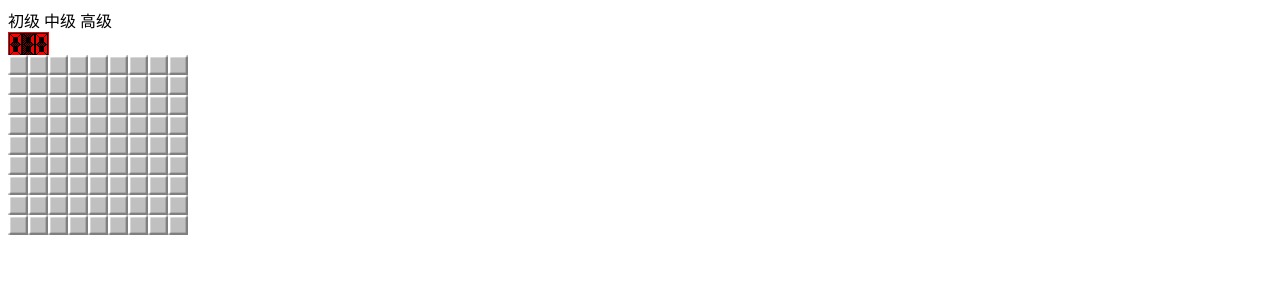
Repository: vLinv/MineSweeper
Page: index.html
The author's editor kept a copy of each file at every save. The page is drawn from the files as they stood at one save, then again after the next save.
The browser window is 1280 px wide. The pictures show the whole page.

Above is the page before, as saved 2022-02-18 11:48:35.

### index.html
<!DOCTYPE html>
<html lang="en">

<head>
  <meta charset="UTF-8">
  <meta http-equiv="X-UA-Compatible" content="IE=edge">
  <meta name="viewport" content="width=device-width, initial-scale=1.0">
  <title>MineSweeper</title>
</head>

<body>
  <div class="level_select">
    <span onclick="changeLevel('primary')">初级</span>
    <span onclick="changeLevel('intermediate')">中级</span>
    <span onclick="changeLevel('advanced')">高级</span>
  </div>
  <div class="game_wrap">
    <div class="header_wrap">
      <canvas id="mineNumCanvas" width="39" height="23" style="border: 1px solid red;"></canvas>
      <div class="face_btn"></div>
      <canvas id="timeCanvas" width="39" height="23"></canvas>
    </div>
    <div class="section_wrap">
      <canvas id="canvas" width="180" height="180"></canvas>
    </div>
  </div>
  <style>
    .header_wrap{
      width: 180px;
      height: 23px;
    }
    #mineNumCanvas, #timeCanvas{
      display: inline-block;
    }

  </style>
  <script>
    /** @type {HTMLCanvasElement} */
    // 游戏canvas
    const canvasNode = document.getElementById('canvas')
    const ctx = canvasNode.getContext('2d')
    // mineNum与timer Canvas
    const mineNumNode = document.getElementById('mineNumCanvas')
    const timerNode = document.getElementById('timeCanvas')
    const mineNumCtx = mineNumNode.getContext('2d')
    const timerCtx = timerNode.getContext('2d')

    // 存储图片路径（name, url）
    const imgArr = new Map();
    // 存储已加载好的图片 (name, img)
    const imgArrElement = new Map();
    // 资源是否加载完成
    let sourceInit = false;

    let mineSweeper = null;

    const MAP_LEVEL = {
      'primary': {
        mapSize: [9, 9],
        mineNum: 10
      },
      'intermediate': {
        mapSize: [16, 16],
        mineNum: 40
      },
      'advanced': {
        mapSize: [16, 30],
        mineNum: 90
      }
    }

    function initImage() {
      imgArr.set('ask', './img/ask.gif')
      imgArr.set('blank', './img/blank.gif')
      imgArr.set('blood', './img/blood.gif')
      imgArr.set('flag', './img/flag.gif')
      imgArr.set('mine', './img/mine.gif')
      for (let i = 0; i <= 8; i++) {
        imgArr.set(i, './img/' + i + '.gif')
      }
      for (let i = 0; i <= 9; i++) {
        imgArr.set('num_' + i, './img/num_' + i + '.jpg');
      }
      const loadImage = (url) => {
        return new Promise((reslove) => {
          let img = new Image();
          img.onload = () => reslove(img)
          img.src = url
        })
      }
      const promiseArr = [];
      // 获取所有图片的promise对象并使用promise.all进行加载
      [...imgArr.keys()].forEach(e => {
        promiseArr.push(loadImage(imgArr.get(e)))
      });
      sourceInit = true;
      return Promise.all(promiseArr)
    }

    // 开始游戏
    async function startGame() {
      if (!sourceInit) {
        const res = await initImage()
        const keys = [...imgArr.keys()];
        res.forEach((item, index) => {
          imgArrElement.set(String(keys[index]), item)
        })
      }
      mineSweeper = new MineSweeper();
      mineSweeper.initGame();
    }

    class MineSweeper {
      constructor() {
        this.level = 'primary'
        this.map = [];
        this.mapSizeX = 0;
        this.mapSizeY = 0;
        this.mineNum = 0;
        this.bombList = [];
        this.flagList = [];
        this.problemList = [];
        this.isGameOver = false;
        this.mineNumCanvas = mineNumCtx;
        this.timerCanvas = timerCtx;
        this.timer = null;
        this.time = 0;
      }

      initGame() {
        const {
          mapSize,
          mineNum
        } = MAP_LEVEL[this.level]
        this.mapSizeX = mapSize[0];
        this.mapSizeY = mapSize[1];
        this.mineNum = mineNum;
        this.buildMap();
        this.buildBomb();
        this.drawMap();
        this.drawGameInfo(this.mineNum, this.mineNumCanvas);
        this.drawGameInfo(this.time, this.timerCanvas)
        this.timer = setInterval(() => {
          this.time += 1;
          this.drawGameInfo(this.time, this.timerCanvas)
        }, 1000)
      }

      buildMap() {
        for (let i = 0; i < this.mapSizeY; i++) {
          this.map.push(new Array(this.mapSizeX).fill(-1))
        }
      }

      buildBomb() {
        let curBomb = 0;
        while (curBomb < this.mineNum) {
          let xPos = Number.parseInt(Math.random() * this.mineNum);
          let yPos = Number.parseInt(Math.random() * this.mineNum);
          if (this.bombList.find(item => {
              return xPos === item[0] && yPos === item[1]
            }) === undefined) {
            this.bombList.push([xPos, yPos])
            curBomb++;
          }
        }
      }
      // 绘制
      drawMap() {
        const blankImg = imgArrElement.get('blank')
        const flag = imgArrElement.get('flag')

        for (let i = 0; i < this.mapSizeX; i++) {
          for (let j = 0; j < this.mapSizeY; j++) {
            if (this.map[i][j] === -1) {
              ctx.drawImage(blankImg, 0, 0, blankImg.width, blankImg.height, 20 * i, 20 * j, 20, 20)
            } else if (this.map[i][j] >= 0) {
              const numImg = imgArrElement.get(this.map[i][j] + '')
              ctx.drawImage(numImg, 0, 0, numImg.width, numImg.height, 20 * i, 20 * j, 20, 20)
            }
            if (this.posInflagList(i, j) !== -1) {
              ctx.drawImage(flag, 0, 0, flag.width, flag.height, 20 * i, 20 * j, 20, 20)
            }
          }
        }
      }

      drawAllBomb(xPos, yPos) {
        const blood = imgArrElement.get('blood')
        const mine = imgArrElement.get('mine')
        // 绘制所有地雷
        this.bombList.forEach(e => {
          if (e[0] === xPos && e[1] === yPos) {
            ctx.drawImage(blood, 0, 0, blood.width, blood.height, 20 * e[0], 20 * e[1], 20, 20)
          } else {
            ctx.drawImage(mine, 0, 0, mine.width, mine.height, 20 * e[0], 20 * e[1], 20, 20)
          }
        })
      }


      // 绘制地雷数与计时器
      drawGameInfo(num, ctx) {
        // 将num转换为3位数字
        const tmpArr = new Array(3).fill(0);
        const arr = [...num + '']
        while (arr.length < 3) {
          arr.unshift('0')
        }
        for (let i = 0; i < 3; i++) {
          ctx.drawImage(imgArrElement.get('num_' + arr[i]), i * 13, 0)
        }
      }

      // 获取(xPos, yPos)周围八格位置
      getAroundGrid(xPos, yPos) {
        const pos = [-1, 0, 1];
        const around = [];
        for (let i = 0; i < pos.length; i++) {
          let tmpxPos = xPos + pos[i];
          // 边界
          if (tmpxPos < 0 || tmpxPos >= this.mapSizeX) {
            continue
          }
          for (let j = 0; j < pos.length; j++) {
            let tmpyPos = yPos + pos[j];
            if (tmpyPos < 0 || tmpyPos >= this.mapSizeY || (tmpxPos === xPos && tmpyPos === yPos)) {
              continue
            }
            around.push([tmpxPos, tmpyPos])
          }
        }
        return around;
      }

      // 点击(xPos, yPos)操作
      clickPos(xPos, yPos) {
        // 判断游戏是否结束
        if (this.posInBombList(xPos, yPos)) {
          this.gameOver(xPos, yPos);
          return;
        }
        const queue = []
        queue.push([xPos, yPos]);
        while (queue.length > 0) {
          let tmpNode = queue.shift()
          let tmpxPos = tmpNode[0],
            tmpyPos = tmpNode[1]
          // 该点为雷或已经打开则跳过
          if (this.posInBombList(tmpxPos, tmpyPos) || this.map[tmpxPos][tmpyPos] >= 0) {
            continue;
          }
          const around = this.getAroundGrid(tmpxPos, tmpyPos, this.map.length)
          // around中有几个雷
          let bombNum = 0
          around.forEach(x => {
            this.bombList.forEach(y => {
              if (x[0] === y[0] && x[1] === y[1]) {
                bombNum++;
              }
            })
          })
          this.map[tmpxPos][tmpyPos] = bombNum;
          // 如果周围没有雷，则继续打开周围坐标
          if (bombNum === 0) {
            queue.push(...around)
          }
        }
        this.drawMap()
      }

      // 游戏结束操作
      gameOver(xPos, yPos) {
        this.drawAllBomb(xPos, yPos)
        this.isGameOver = true;
      }

      // (xPos, yPos)是否为雷
      posInBombList(xPos, yPos) {
        // true: 存在
        return this.bombList.find(item => {
          return xPos === item[0] && yPos === item[1]
        }) !== undefined
      }

      // (xPos, yPos)是否被标记
      posInflagList(xPos, yPos) {
        return this.flagList.findIndex(item => {
          return xPos === item[0] && yPos === item[1]
        })
      }

      // 判断游戏是否胜利
      checkGameWin() {
        // 剩余未打开格子都存在于bombList中
        for (let i = 0; i < this.mapSizeX; i++) {
          for (let j = 0; j < this.mapSizeY; j++) {
            let tmpGrid = this.map[i][j]
            if (tmpGrid < 0 && !this.posInBombList(i, j)) {
              return false;
            }
          }
        }
        return true;
      }

      // 标记(xPos, yPos)
      signBomb(xPos, yPos) {
        const pos = this.posInflagList(xPos, yPos)
        if (pos !== -1) {
          this.flagList.splice(pos, 1)
        } else {
          this.flagList.push([xPos, yPos])
        }
        this.drawMap()
      }

      // 改变等级
      changeLevel(level) {

      }
    }

    // 监听点击事件
    document.addEventListener('click', e => {
      if (e.target !== canvas || mineSweeper.isGameOver) {
        return;
      }
      mineSweeper.clickPos(Number.parseInt(e.offsetX / 20), Number.parseInt(e.offsetY / 20))
    })

    // 监听右键事件
    document.oncontextmenu = e => {
      if (e.target !== canvas || mineSweeper.isGameOver) {
        return false;
      }
      const xPos = Number.parseInt(Number.parseInt(e.offsetX / 20)),
        yPos = Number.parseInt(Number.parseInt(e.offsetY / 20))
      mineSweeper.signBomb(xPos, yPos)
    };
    startGame();
  </script>
</body>

</html>

After the next save:
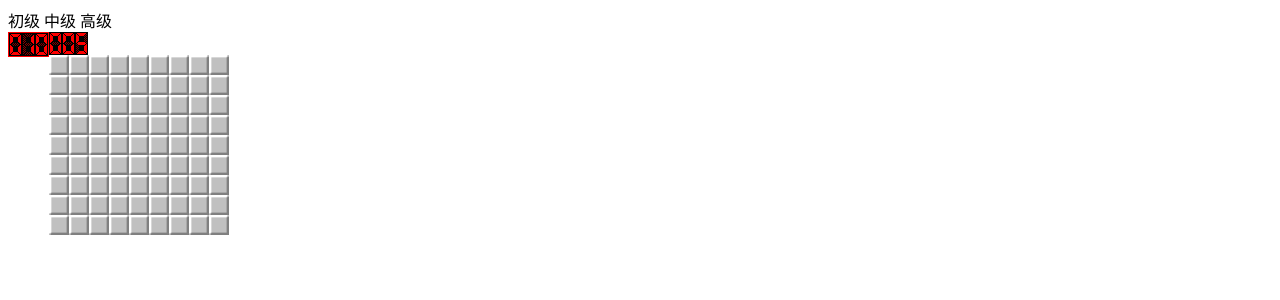
Saved 6 s later.
--- a/index.html
+++ b/index.html
@@ -30,7 +30,7 @@
       height: 23px;
     }
     #mineNumCanvas, #timeCanvas{
-      display: inline-block;
+      float: left;
     }
 
   </style>
